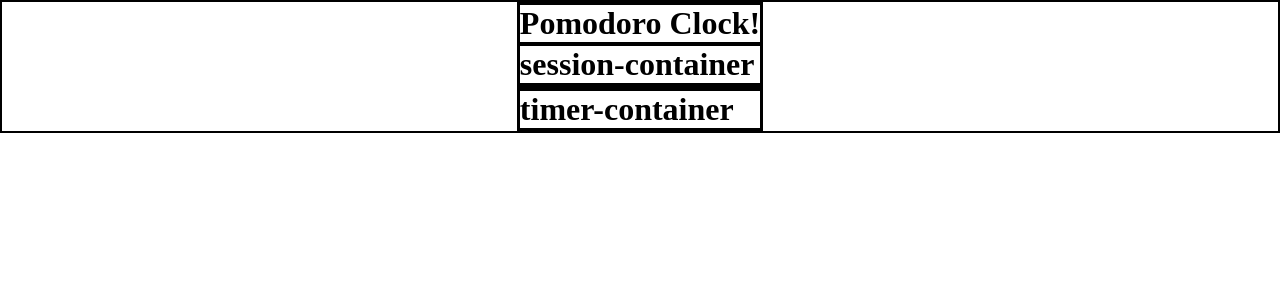
Repository: mcostigliola/pomodoroTimer
Page: index.html
These files come from the project's save history. The page is drawn as it stood at one moment and after the next save; the edit follows.
The browser window is 1280 px wide. The pictures show the whole page.

Above is the page before, as saved 2020-05-21 19:40:19.
Not found: main.js

### index.html
<!DOCTYPE html>
<html>
<head>
  <meta charset='utf-8'>
  <meta http-equiv='X-UA-Compatible' content='IE=edge'>
  <title>Page Title</title>
  <meta name='viewport' content='width=device-width, initial-scale=1'>
  <link rel='stylesheet' type='text/css' media='screen' href='main.css'>
  <script src='main.js'></script>
</head>
<body>
  <div id="main-container">
    <div id="title-watch">
      <h1>Pomodoro Clock!</h1>
    </div>

    <div id="session-container">
      <h1>session-container</h1>
      <div class="timer-configurator">

      </div>
      <div class="timer-configurator">

      </div>
    </div>

    <div id="timer-container">
       <h1>timer-container</h1>
    </div>
  </div>
</body>
</html>

### main.css
*{
    border: 1px solid black;
    box-sizing: border-box;
    margin:0;
    padding:0;
}

body{
    display: flex;
    flex-flow: column;
}

#main-container{
    margin: auto;
    wid
}

After the next save:
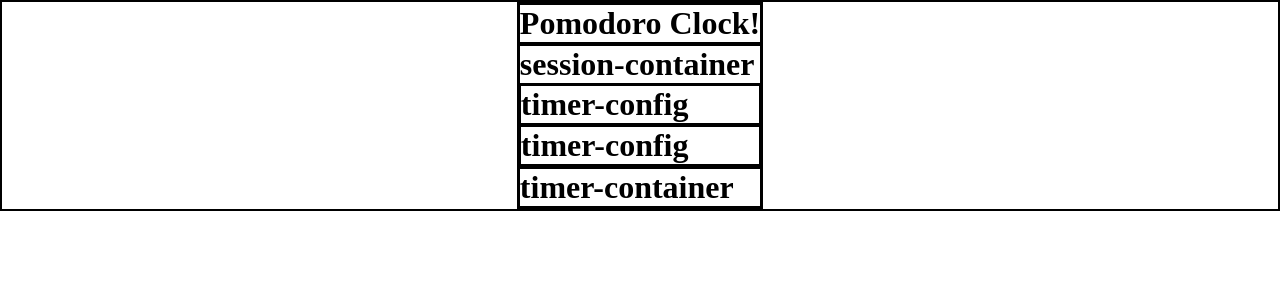
Saved 78 s later.
--- a/index.html
+++ b/index.html
@@ -17,10 +17,10 @@
     <div id="session-container">
       <h1>session-container</h1>
       <div class="timer-configurator">
-
+        <h1>timer-config</h1>
       </div>
       <div class="timer-configurator">
-
+        <h1>timer-config</h1>
       </div>
     </div>
 
